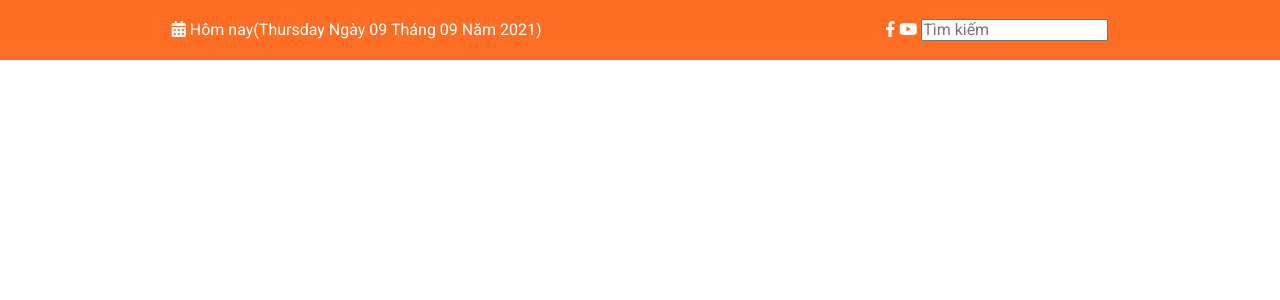
Repository: longtn213/Frond_end_HTML-CSS
Page: Front-End/LongDemo/index.html
The author's editor kept a copy of each file at every save. The page is drawn from the files as they stood at one save, then again after the next save.
The browser window is 1280 px wide. The pictures show the whole page.

Above is the page before, as saved 2021-09-09 16:07:14.

After the next save:
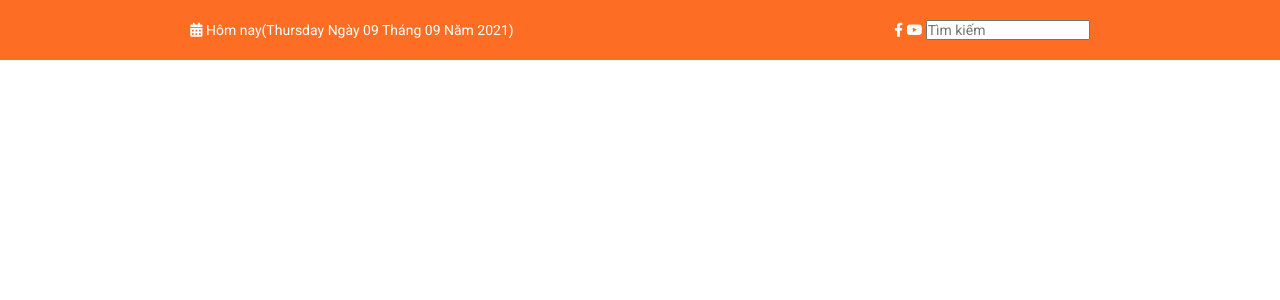
Saved 61 s later.
--- a/Front-End/LongDemo/assets/css/main.css
+++ b/Front-End/LongDemo/assets/css/main.css
@@ -21,4 +21,8 @@ html{
     justify-content: space-around;
     color: var(--white-color);
     line-height: 60px;
+    font-size: 14px;
 }
+.header1 .header__icon{
+
+}
